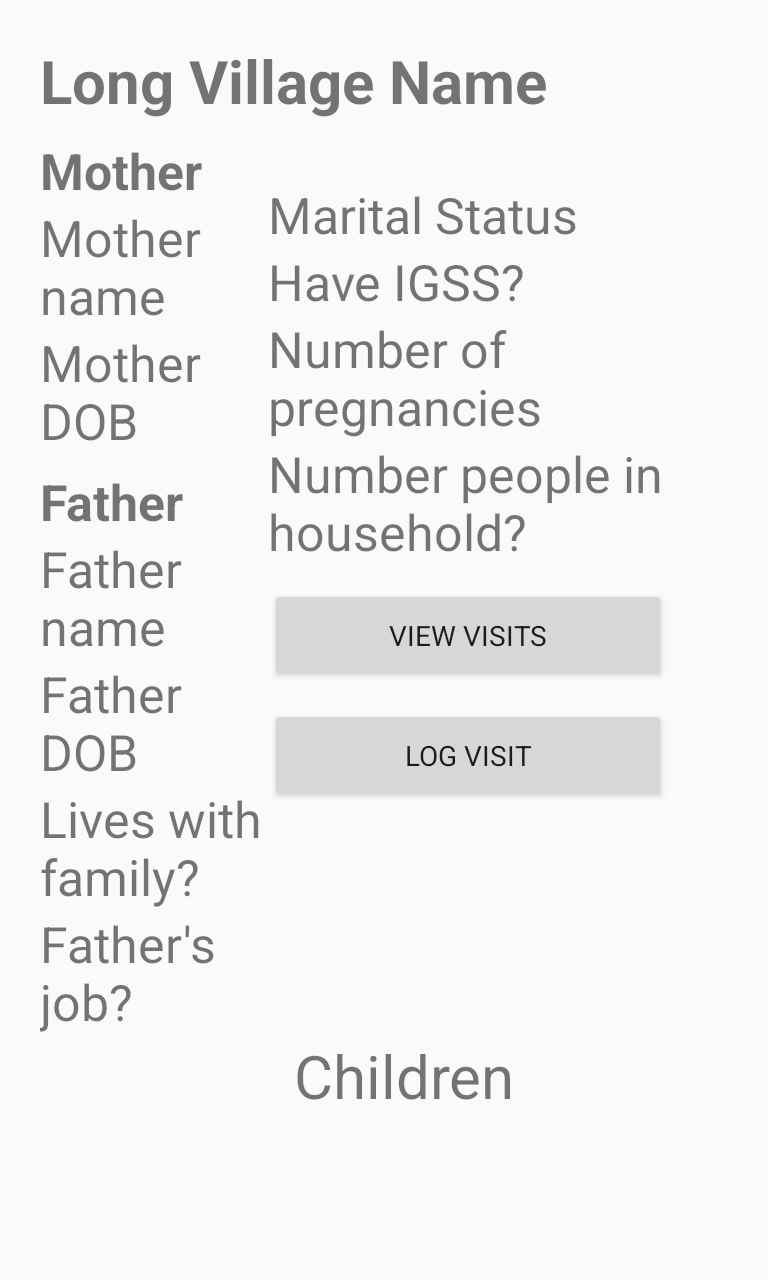
Repository: achavez812/GuatemalaProject2
Layout: GuateMedic-master/GuateMedic/res/layout/activity_view_family1.xml
These files come from the project's save history. The layout is drawn as it stood at one moment and after the next save; the edit follows.
It is drawn on a 768 x 1280 px phone screen (xhdpi) without system bars, with theme AppTheme; the app's code is not run.

Above is the layout before, as saved 2014-07-05 09:08:29.

### GuateMedic-master/GuateMedic/res/layout/activity_view_family1.xml
<?xml version="1.0" encoding="utf-8"?>
<LinearLayout xmlns:android="http://schemas.android.com/apk/res/android"
    android:layout_width="match_parent"
    android:layout_height="match_parent"
    android:paddingLeft="20dp"
    android:paddingTop="20dp"
    android:orientation="vertical" >

 	<TextView
	    android:id="@+id/view_family_village_header"
		android:layout_width="wrap_content"
		android:layout_height="wrap_content"
		android:textStyle="bold"
		android:textSize="30sp"
		android:text="Long Village Name" />

    <LinearLayout
    	android:layout_width="match_parent"
    	android:layout_height="wrap_content"
    	android:orientation="horizontal">

        <LinearLayout
            android:layout_width="wrap_content"
            android:layout_height="wrap_content"
            android:layout_weight="1"
            android:orientation="vertical">


            <TextView
                android:id="@+id/view_family_parent1_header"
				android:layout_width="wrap_content"
				android:layout_height="wrap_content"
				android:layout_marginTop="8dp"
				android:textStyle="bold"
				android:textSize="25sp"
				android:text="Mother" />

            <TextView
                android:id="@+id/view_family_parent1_name_field"
				android:layout_width="wrap_content"
				android:layout_height="wrap_content"
				android:textSize="25sp"
				android:text="Mother name" />

            <TextView
                android:id="@+id/view_family_parent1_dob_field"
				android:layout_width="wrap_content"
				android:layout_height="wrap_content"
				android:textSize="25sp"
				android:text="Mother DOB" />

            <TextView
                android:id="@+id/view_family_parent2_header"
				android:layout_width="wrap_content"
				android:layout_height="wrap_content"
				android:layout_marginTop="7dp"
				android:textStyle="bold"
				android:textSize="25sp"
				android:text="Father" />

            <TextView
                android:id="@+id/view_family_parent2_name_field"
				android:layout_width="wrap_content"
				android:layout_height="wrap_content"
				android:textSize="25sp"
				android:text="Father name" />

            <TextView
                android:id="@+id/view_family_parent2_dob_field"
				android:layout_width="wrap_content"
				android:layout_height="wrap_content"
				android:textSize="25sp"
				android:text="Father DOB" />

            <TextView
                android:id="@+id/view_family_parent2_lives_with_family_field"
				android:layout_width="wrap_content"
				android:layout_height="wrap_content"
				android:textSize="25sp"
				android:text="Lives with family?" />

            <TextView
                android:id="@+id/view_family_parent2_lives_with_family_field"
				android:layout_width="wrap_content"
				android:layout_height="wrap_content"
				android:textSize="25sp"
				android:text="Father's job?" />

        </LinearLayout>

        <LinearLayout
            android:layout_width="wrap_content"
            android:layout_height="wrap_content"
            android:layout_weight="1"
            android:paddingTop="30dp"
            android:orientation="vertical">

            <TextView
                android:id="@+id/view_family_marital_status"
				android:layout_width="wrap_content"
				android:layout_height="wrap_content"
				android:textSize="25sp"
				android:text="Marital Status" />

            <TextView
                android:id="@+id/view_family_has_igss"
				android:layout_width="wrap_content"
				android:layout_height="wrap_content"
				android:textSize="25sp"
				android:text="Have IGSS?" />

            <TextView
                android:id="@+id/view_family_num_pregnancies"
				android:layout_width="wrap_content"
				android:layout_height="wrap_content"
				android:textSize="25sp"
				android:text="Number of pregnancies" />

            <TextView
                android:id="@+id/view_family_num_people_in_household"
				android:layout_width="wrap_content"
				android:layout_height="wrap_content"
				android:textSize="25sp"
				android:text="Number people in household?" />



            <Button
                android:id="@+id/view_family_view_past_visits"
                android:layout_width="200dp"
                android:layout_height="50dp"
                android:layout_marginTop="10dp"
                android:gravity="center"
                android:text="View Visits" />

            <Button
                android:id="@+id/view_family_log_new_visit"
                android:layout_width="200dp"
                android:layout_height="50dp"
                android:layout_marginTop="10dp"
                android:gravity="center"
                android:text="Log Visit" />

        </LinearLayout>


    </LinearLayout>

    <TextView
        android:id="@+id/view_family_child_list_header"
        android:layout_width="match_parent"
        android:layout_height="wrap_content"
        android:gravity="center"
        android:textSize="30sp"
        android:text="Children" />

    <FrameLayout
	    android:id="@+id/child_list_container"
	    android:layout_width="match_parent"
	    android:layout_height="wrap_content" />


</LinearLayout>

### GuateMedic-master/GuateMedic/res/values/styles.xml
<resources xmlns:android="http://schemas.android.com/apk/res/android">

    <!--
        Base application theme, dependent on API level. This theme is replaced
        by AppBaseTheme from res/values-vXX/styles.xml on newer devices.
    -->

    <!-- Application theme. -->
    <style name="AppTheme" parent="@style/Theme.AppCompat.Light.DarkActionBar">
        <!-- All customizations that are NOT specific to a particular API-level can go here. -->
    	<item name="android:typeface">sans</item>
        <item name="actionBarStyle">@style/MyActionBar</item>
    	<item name="android:actionBarStyle">@style/MyActionBar</item>
    	<item name="android:actionOverflowButtonStyle">@style/OverFlow</item>
    	<item name="android:popupMenuStyle">@style/MyPopupMenu</item>
    	<item name="popupMenuStyle">@style/MyPopupMenu</item>
        <item name="android:panelBackground">#004d6b</item>
         <item name="android:itemTextAppearance">@style/myCustomMenuTextApearance</item>

    </style>
       <style name="myCustomMenuTextApearance" parent="@android:style/TextAppearance.Widget.IconMenu.Item">
        <item name="android:textColor">#FFFFFF</item>
        <item name="android:textSize">20sp</item>

    </style>
    <style name="MyActionBar" parent="@style/Widget.AppCompat.Light.ActionBar.Solid.Inverse">
        <item name="android:background">#004d6b</item>
        <item name="android:titleTextStyle">@style/TitleText</item>



    </style>

    <style name ="MyPopupMenu" parent="android:Theme.Holo.Light">
        <item name="android:popupBackground">#004d6b</item>
    </style>

    <style name="OverFlow" parent="@android:style/Widget.Holo.ActionButton.Overflow">
    	<item name="android:src">@drawable/ic_action_overflow</item>
	</style>
    <style name="TitleText">
        <item name="android:textColor">#FFFFFF</item>
        <item name="android:typeface">sans</item>
        <item name="android:textSize">30sp</item>

    </style>
	<!--
	<style name="HomePage" parent="AppTheme">
	<item name="android:background"> @drawable/guatemala_home_bg </item>
	</style>
	    -->





</resources>

After the next save:
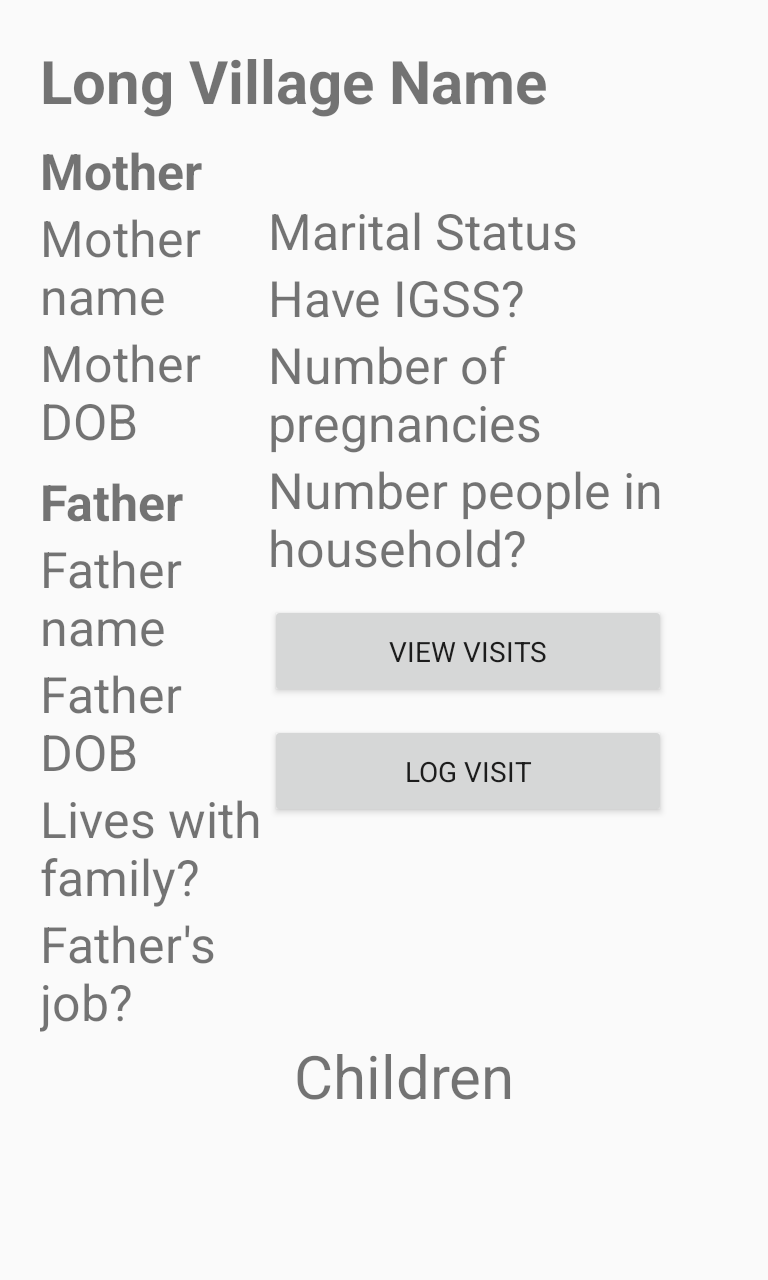
Saved 31 s later.
--- a/GuateMedic-master/GuateMedic/res/layout/activity_view_family1.xml
+++ b/GuateMedic-master/GuateMedic/res/layout/activity_view_family1.xml
@@ -17,6 +17,7 @@
     <LinearLayout
     	android:layout_width="match_parent"
     	android:layout_height="wrap_content"
+    	android:layout_marginTop="8dp"
     	android:orientation="horizontal">
 
         <LinearLayout
@@ -24,13 +25,10 @@
             android:layout_height="wrap_content"
             android:layout_weight="1"
             android:orientation="vertical">
-
-
             <TextView
                 android:id="@+id/view_family_parent1_header"
 				android:layout_width="wrap_content"
 				android:layout_height="wrap_content"
-				android:layout_marginTop="8dp"
 				android:textStyle="bold"
 				android:textSize="25sp"
 				android:text="Mother" />
